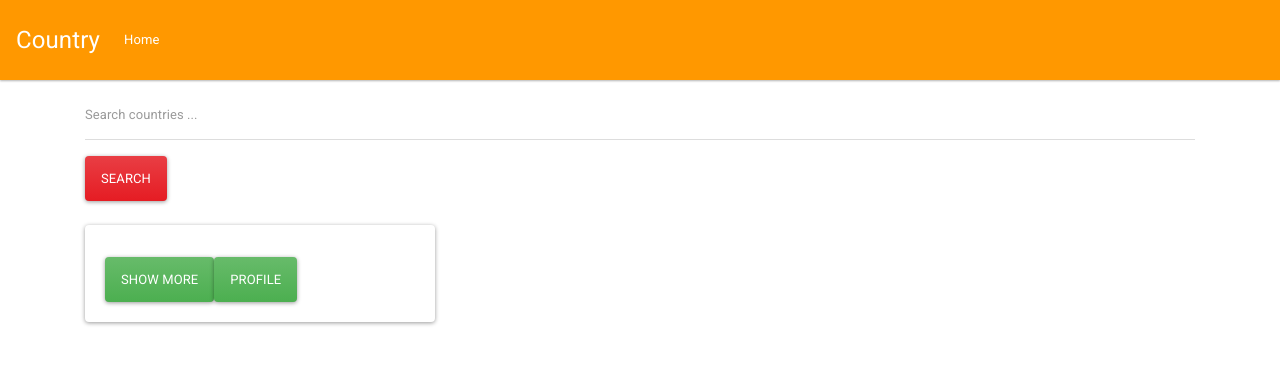
Repository: abdelhak-f/Countries_React
Page: / (app in client/)
The author's editor kept a copy of each file at every save. The page is drawn from the files as they stood at one save, then again after the next save.
The browser window is 1280 px wide. The pictures show the whole page.
The page's requests for data from a server got no answer. The project was rebuilt for these pictures with package versions that can differ from the ones it lists, and the page was loaded fresh each time. No one was signed in, and anything a server would have sent is missing.

Above is the page before, as saved 2021-05-06 12:07:27.

After the next save:
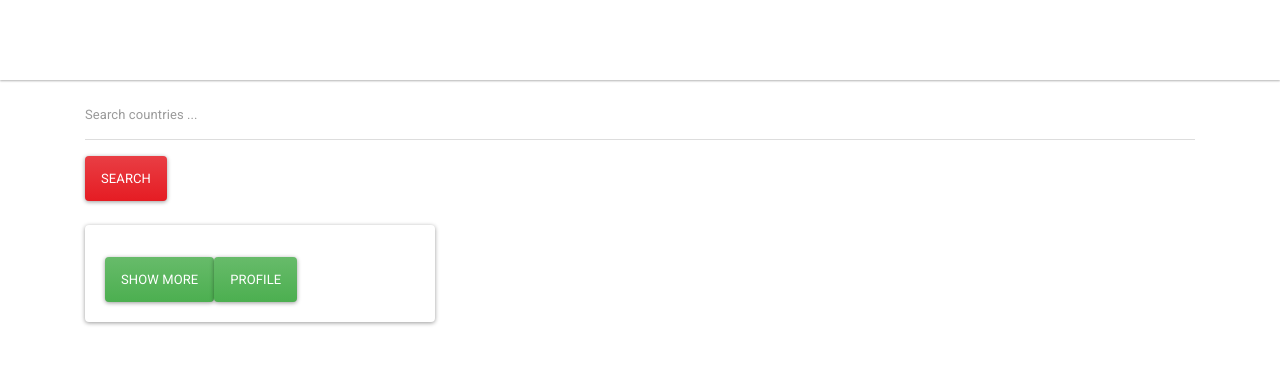
Saved 9 s later.
--- a/client/src/components/partials/Navbar.jsx
+++ b/client/src/components/partials/Navbar.jsx
@@ -3,7 +3,7 @@ import React from 'react';
 export default function Navbar() {
   return (
     <>
-    <nav className="navbar navbar-expand-sm navbar-dark bg-warning">
+    <nav className="navbar navbar-expand-sm navbar-dark bg-grey">
         <a className="navbar-brand" href="#">Country</a>
         <button className="navbar-toggler d-lg-none" type="button" data-toggle="collapse" data-target="#collapsibleNavId" aria-controls="collapsibleNavId"
             aria-expanded="false" aria-label="Toggle navigation">
